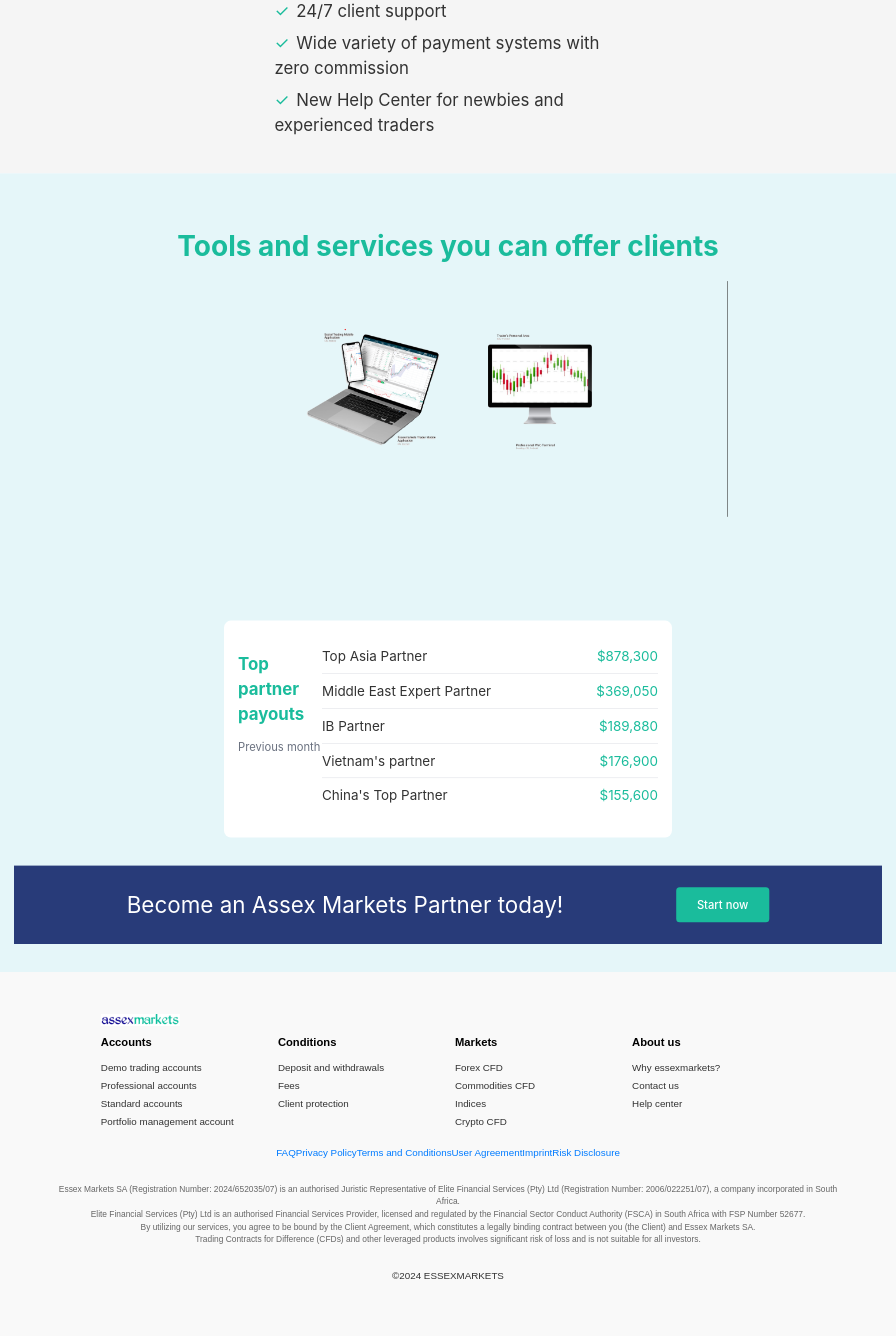
Repository: RevenewMarketing/Assex
Page: /partner
The author's editor kept a copy of each file at every save. The page is drawn from the files as they stood at one save, then again after the next save.
The browser window is 1280 px wide. The pictures show the part of the page from y = 3502 to 5422 px (the page is 5410 px tall before and 5422 px after), at 70% of full size.
The project was rebuilt for these pictures with package versions that can differ from the ones it lists, and the page was loaded fresh each time. Also part of the build but not shown: vite.config.ts, src/pages/home/sections/HeroSection.module.css, src/pages/home/sections/HeroSection.tsx, src/pages/home/sections/Section2.tsx, src/pages/home/sections/Section3.tsx, src/pages/home/sections/Section4.tsx, src/pages/home/sections/Section5.tsx, src/pages/home/sections/Section6.tsx and 10 more.

Above is the page before, as saved 2024-11-28 01:24:07.

### index.html
<!doctype html>
<html lang="en">
  <head>
    <meta charset="UTF-8" />
    <link rel="icon" type="image/svg+xml" href="/vite.svg" />
    <meta name="viewport" content="width=device-width, initial-scale=1.0" />
    <title>Assex</title>
  </head>
  <body>
    <div id="root"></div>
    <script type="module" src="/src/main.tsx"></script>
  </body>
</html>

### src/index.css
:root {
  font-family: Inter, system-ui, Avenir, Helvetica, Arial, sans-serif;
  line-height: 1.5;
  font-weight: 400;
  color-scheme: light dark;
  color: rgba(255, 255, 255, 0.87);
  background-color: #ffffff;
  font-synthesis: none;
  max-width: 1920px;
  margin: auto;
  text-rendering: optimizeLegibility;
  -webkit-font-smoothing: antialiased;
  -moz-osx-font-smoothing: grayscale;
}

a {
  font-weight: 500;
  color: #646cff;
  text-decoration: inherit;
}

a:hover {
  color: #535bf2;
}

body {
  margin: 0;
  display: flex;
  place-items: center;
  min-width: 320px;
  min-height: 100vh;
  background-color: #FFF;
  /* align-content: center; */
  flex-direction: column;
  justify-content: flex-start;
}

h1 {
  font-size: 3.2em;
  line-height: 1.1;
}

button {
  border-radius: 8px;
  border: 1px solid transparent;
  padding: 0.6em 1.2em;
  font-size: 1em;
  font-weight: 500;
  font-family: inherit;
  background-color: #1a1a1a;
  cursor: pointer;
  transition: border-color 0.25s;
}

button:hover {
  border-color: #646cff;
}

button:focus,
button:focus-visible {
  outline: 4px auto -webkit-focus-ring-color;
}

@media (prefers-color-scheme: light) {
  :root {
    color: #213547;
    background-color: #ffffff;
  }

  a:hover {
    color: #747bff;
  }

  button {
    background-color: #f9f9f9;
  }
}

### src/App.tsx

import './App.css'
// import Navigation from './pages/home/Navigation'
import NavigationMenu from './components/navigation-menu/NavigationMenu'

import { BrowserRouter, Route, Routes } from 'react-router';
import Home from './pages/home/Home';
import Footer from './components/footer-section/Footer';
import About from './pages/about/About';
import Partner from './pages/partner/Partner';

function App() {

  return (
    <>
    <BrowserRouter>
    <NavigationMenu />
    <Routes>
      <Route path="/" element={<Home />} />
      <Route path="/about" element={<About />} />
      <Route path="/partner" element={<Partner />} />
      {/* Define other routes */}
    </Routes>
    <Footer />
  </BrowserRouter>


    </>
  )
}

export default App

### src/App.css
#root {
  max-width: 1920px;
  width: 100%;
  margin: 0 auto;
  padding: 0;
  text-align: center;
}

.logo {
  height: 6em;
  padding: 1.5em;
  will-change: filter;
  transition: filter 300ms;
}
.logo:hover {
  filter: drop-shadow(0 0 2em #646cffaa);
}
.logo.react:hover {
  filter: drop-shadow(0 0 2em #61dafbaa);
}

@keyframes logo-spin {
  from {
    transform: rotate(0deg);
  }
  to {
    transform: rotate(360deg);
  }
}

@media (prefers-reduced-motion: no-preference) {
  a:nth-of-type(2) .logo {
    animation: logo-spin infinite 20s linear;
  }
}

.card {
  padding: 2em;
}

.read-the-docs {
  color: #888;
}

/* Auth Buttons */
.authButtons {
  /* margin-left: auto; */
  display: flex;
  gap: 10px;
}

### src/pages/partner/Partner.tsx
import Section1 from "./sections/Section1"
import Section2 from "./sections/Section2"
import Section3 from "./sections/Section3"
import Section4 from "./sections/Section4"


const Partner = () => {
  return (
    <div>
      <Section1 />
      <Section2 />
      <Section3 />
      <Section4 />
    </div>
  )
}

export default Partner

### src/components/navigation-menu/NavigationMenu.module.css
.navigationContainer {
  position: relative;
  font-family: Arial, sans-serif;
}

/* Navigation Bar */
.navigationBar {
  position: fixed;
  top: 0;
  left: 0;
  width: 100%;
  display: flex;
  background-color: #ffffff;
  padding: 10px 20px;
  box-sizing: border-box;
  z-index: 1001;
  justify-content: center;
}

/* Menu Item Container */
.menuItemContainer {
  margin-right: 20px;
}

/* Menu Items */
.menuItem {
  background: none;
  border: none;
  color: rgb(34, 34, 34);
  font-size: 16px;
  cursor: pointer;
  transition: opacity 0.3s;
}

.menuItem:hover {
  opacity: 0.7;
}

.active {
  opacity: 0.5;
}



.languageSelector {
  margin-left: 20px;
  display: flex;
  align-items: center;
  font-size: 14px;
  color: #000000d8;
  cursor: pointer;
}

.globeIcon {
  margin-right: 5px;

}

/* Submenu */
.submenu {
  position: fixed;
  top: 50px;
  left: 0;
  width: 100%;
  height: 300px;
  background-color: #ffffff;
  box-shadow: 0 4px 8px rgba(0, 0, 0, 0.2);
  padding: 20px;
  box-sizing: border-box;
  z-index: 1000;
  opacity: 0;
  transform: translateY(-100%);
}

.submenuContent {
  display: flex
  ;
      justify-content: flex-start;
      gap: 10dvw;
      padding: 0 5dvw;
}

.submenuSection h4 {
  color: #0000003d;
}

.submenuSection {
  text-align: left;
}

.submenuSection a {
  color: #000000;
  text-decoration: none;
  cursor: pointer;
  transition: color 0.3s;
}

.submenuSection a:hover {
  color: #00b074;
  transition: color 0.3s;
}

/* Fade In Animation */
.fadeIn {
  animation: slide-in-top 0.3s cubic-bezier(0.25, 0.46, 0.45, 0.94) forwards;
}

@keyframes slide-in-top {
  0% {
    transform: translateY(-100%);
    opacity: 0;
  }
  100% {
    transform: translateY(0);
    opacity: 1;
  }
}

/* Fade Out Animation */
.fadeOut {
  animation: slide-out-top 0.3s cubic-bezier(0.25, 0.46, 0.45, 0.94) forwards;
}

@keyframes slide-out-top {
  0% {
    transform: translateY(0);
    opacity: 1;
  }
  100% {
    transform: translateY(-100%);
    opacity: 0;
  }
}

/* Overlay */
.overlay {
  position: fixed;
  top: 50px;
  left: 0;
  width: 100%;
  height: calc(100% - 50px);
  background: rgba(0, 0, 0, 0.5);
  z-index: 999;
  opacity: 0;
  visibility: hidden;
  transition: opacity 0.3s ease, visibility 0.3s ease;
}

.fadeInOverlay {
  opacity: 1;
  visibility: visible;
  backdrop-filter: blur(5px);
}

.fadeOutOverlay {
  opacity: 0;
  visibility: hidden;
}

/* Page Content */
.pageContent {
  /* padding: 80px 20px 20px 20px; */
  transition: opacity 0.3s;
}

.dimmed {
  opacity: 0.3;
}

### src/components/ReusableButton.tsx

import styles from './GlobalComponentStyles.module.css';

type Props = {
  link?: string;
  text: string;
  type: 'register' | 'sign-in' | 'logout' | 'profile' | 'settings' | 'help' | 'free-trial' | 'learn-more' | 'dark' | 'light';
};

export default function ReusableButton({ link, text, type }: Props) {
  return (
      <button
      style={{
        backgroundColor: type === 'register' ? '#19BC9C' :
        type === 'sign-in' ? '#F4F6F7' :
        type === 'logout' ? '#FF6347' :
        type === 'profile' ? '#FFA07A' :
        type === 'settings' ? '#FF7F50' :
        type === 'help' ? '#FFA500' :
        type === 'free-trial' ? '#FFD700' :
        type === 'learn-more' ? '#FF4500' :
        type === 'dark' ? '#4C4B4D' :
        type === 'light' ? '#fff' : '#000',
        color: type === 'dark' ? '#fff' : '#000'
      }}
        className={styles.registerButton}
        onClick={() => window.open(link, '_blank')}
      >{text}
      </button>

  );
}

### src/components/footer-section/FooterStyles.module.css
.footerContainer {
  background-color: #f9f9f9;
  color: #333;
  padding: 60px 20px;
  font-family: Arial, sans-serif;
  font-size: 14px;
  line-height: 1.8;
}

.footerContainer h4 {
  font-size: 16px;
  font-weight: bold;
  margin-bottom: 10px;
  color: #000;
  text-align: left;
  margin-top: 0;
}

.footerContainer ul {
  list-style-type: none;
  padding: 0;
  margin: 0;
  text-align: left;
}

.footerContainer ul li {
  margin-bottom: 0px;
  cursor: pointer;
}

.footerContainer ul li:hover {
  color: #00b894;
}

.footerContainer .columnsContainer {
  display: flex;
  justify-content: space-between;
  gap: 20px;
  flex-wrap: wrap;
  margin-bottom: 40px;
  width: 80%;
  margin: auto;
}

.footerContainer .columnsContainer>div {
  flex: 1;
  min-width: 180px;
  /* Ensures alignment and proper spacing */
}



.footerContainer .linksContainer {
  text-align: center;
  margin: 20px 0 30px;
}

.footerContainer .linksContainer a {
  color: #007bff;
  text-decoration: none;
  margin: 0px;
  font-size: 14px;
}

.footerContainer .linksContainer a:hover {
  text-decoration: underline;
}

.footerContainer .details {
  font-size: 12px;
  color: #666;
  line-height: 1.5;
  margin: 20px auto;
  text-align: center;
  width: 90%;
}

.footerContainer .details p {
  margin-bottom: 15px;
}

.footerContainer .logoContainer {
  text-align: left;
  margin: auto;
  width: 80%;
}

.footerContainer .logoContainer img {
  max-width: 150px;
}

.footerContainer .copyright {
  text-align: center;
  font-size: 14px;
  margin-top: 30px;
}

.details p {
  margin: 0 !important;
}

### src/pages/partner/sections/Section1.tsx
import styles from './Section1.module.css';
import backgroundImage from '../../../assets/pages/Partner/1-hero-banner-partner.jpg';

const section1Content = {
  title: "ASSEX MARKETS PARTNERSHIP PROGRAMS",
  description: "Earn a stable income by introducing clients to a global market leader",
  backgroundImage: backgroundImage, // Replace with your background image path
  buttonLink: "https://my.assexmarkets.com/auth/register",
};

const Section1: React.FC = () => {
  return (
    <section
      style={{
        backgroundImage: `url(${section1Content.backgroundImage})`,
      }}
      className={styles.section1}
    >
      <div className={styles.overlay}></div>
      <div className={styles.content}>
        <h1 className={styles.title}>{section1Content.title}</h1>
        <p className={styles.description}>{section1Content.description}</p>
        <button onClick={
          () => {
            window.open(section1Content.buttonLink, "_blank");
        }} className={styles.startButton}>Start now</button>
      </div>
      <div className={styles.details}>
        <p>2000 Partners</p>
        <p>$12 Million Paid to the partners</p>
        <p>$110K Top partner payout per month</p>
      </div>
    </section>
  );
};

export default Section1;

### src/pages/partner/sections/Section2.tsx

import styles from './Section2.module.css';
import box1 from '../../../assets/pages/Partner/2-section1-icon1.png';
import box2 from '../../../assets/pages/Partner/2-section1-icon2.png';

const section2Content = {
  title: "What we offer",
  cards: [
    {
      icon: box1,
      title: "Introducing Broker Program",
      description: "You get up to 40% of our revenue Earn up to 40% of our revenue from every active trader you refer to us. If they’re trading, you’re earning.",
      buttonText: "Learn more"
    },
    {
      icon: box2,
      title: "Affiliate Program",
      description: "You get up to $1850 of our revenue We are leading the industry with scheduled and attractive payouts. We offer a range of commission plans, so you can choose the best fit for you.",
      buttonText: "Learn more"
    }
  ]
};

const Section2: React.FC = () => {
  return (
    <section className={styles.section2}>

      <h2 className={styles.title}>{section2Content.title}</h2>
      <div className={styles.cardsContainer}>
        {section2Content.cards.map((card, index) => (

          <div key={index} className={styles.card}>
            <img src={card.icon} alt="icon" className={styles.cardIcon} />
            <h3 className={styles.cardTitle}>{card.title}</h3>
            <p className={styles.cardDescription}>{card.description}</p>
            <button className={styles.learnMoreButton}>{card.buttonText}</button>
          </div>
        ))}
      </div>
    </section>
  );
};

export default Section2;

### src/pages/partner/sections/Section3.tsx

import styles from './Section3.module.css';
import globeImage from '../../../assets/pages/Partner/3-section2-card1.png';
import cardsImage1 from '../../../assets/pages/Partner/3-section2-card2.png';
import statsImage from '../../../assets/pages/Partner/3-section2-card3.png';
import phoneImage from '../../../assets/pages/Partner/3-section2-card4.png';
import cardsImage2 from '../../../assets/pages/Partner/3-section2-card5.png';
import cardImage3 from '../../../assets/pages/Partner/3-section2-card6.png';


const section3Content = {
  title: "Why become an Assex Markets partner?",
  images: [
    globeImage,
    cardsImage1,
    statsImage,
    phoneImage,
    cardsImage2,
    cardImage3
  ],
  reasons: [
    "Trusted market leader – Assex Markets brokers are licensed",
    "Highest forex leverage in the market",
    "Instant deposits and withdrawals",
    "24/7 client support",
    "Wide variety of payment systems with zero commission",
    "New Help Center for newbies and experienced traders"
  ]
};

const Section3: React.FC = () => {
  return (
    <section className={styles.section3}>
      <h2 className={styles.title}>{section3Content.title}</h2>
      <div className={styles.featuresContainer}>
        {section3Content.images.map((image, index) => (
          <img key={index} src={image} alt="featured Images"/>
        ))}
      </div>
      <h2 className={styles.reasonsTitle}>Why clients will love us...</h2>
      <ul className={styles.reasonsList}>
        {section3Content.reasons.map((reason, index) => (
          <li key={index} className={styles.reason}>{reason}</li>
        ))}
      </ul>
    </section>
  );
};

export default Section3;

### src/pages/partner/sections/Section4.tsx
import React from 'react';
import styles from './Section4.module.css';
import devicesImage from '../../../assets/pages/Partner/4-section5-devices-image.png';

const section4Content = {
  title: "Tools and services you can offer clients",
  images: [
    {
      src: devicesImage,
      alt: "Devices"
    }
  ],
  payouts: [
    {
      partner: "Top Asia Partner",
      amount: "$878,300"
    },
    {
      partner: "Middle East Expert Partner",
      amount: "$369,050"
    },
    {
      partner: "IB Partner",
      amount: "$189,880"
    },
    {
      partner: "Vietnam's partner",
      amount: "$176,900"
    },
    {
      partner: "China's Top Partner",
      amount: "$155,600"
    }
  ],
  cta: "Become an Assex Markets Partner today!"
};

const Section4: React.FC = () => {
  return (
    <section className={styles.section4}>
      <h2 className={styles.title}>{section4Content.title}</h2>
      <div className={styles.imagesContainer}>
        {section4Content.images.map((image, index) => (
          <div key={index} className={styles.imageWrapper}>
            <img src={image.src} alt={image.alt} className={styles.image} />
          </div>
        ))}
      </div>
      <div className={styles.payoutsContainer}>
        <div className={styles.payoutsContainer_context}>
          <h3 className={styles.payoutsTitle}>Top partner payouts</h3>
          <p className={styles.payoutsSubtitle}>Previous month</p>
        </div>
        <ul className={styles.payoutsList}>
          {section4Content.payouts.map((payout, index) => (
            <li key={index} className={styles.payoutItem}>
              <span className={styles.payoutPartner}>{payout.partner}</span>
              <span className={styles.payoutAmount}>{payout.amount}</span>
            </li>
          ))}
        </ul>
      </div>
      <div className={styles.sectionFooter} >
        <p>Become an Assex Markets Partner today!</p>
        <button className={styles.ctaButton}>Start now</button>
      </div>
    </section>
  );
};

export default Section4;

### src/components/GlobalComponentStyles.module.css


.registerButton {
  background-color: #00b074;
  color: white;
  border: none;
  padding: 8px 16px;
  font-size: 14px;
  border-radius: 4px;
  cursor: pointer;
}

.signInButton {
  background-color: #f4f4f4;
  color: #333;
  border: 1px solid #ccc;
  padding: 8px 16px;
  font-size: 14px;
  border-radius: 4px;
  cursor: pointer;
}

### src/pages/partner/sections/Section1.module.css
.section1 {
  position: relative;
  background-size: cover;
  background-position: center;
  height: 760px;
  display: flex;
  align-items: center;
  justify-content: space-between;
  color: white;
  padding: 0 40px;
}

.overlay {
  position: absolute;
  top: 0;
  right: 0;
  width: 100%; /* Adjusts the gradient coverage */
  height: 100%;

  z-index: 1;
}

.content {
  position: relative;
  z-index: 2;
  max-width: 50%;
  text-align: left;
}

.content p {
  font-size: 1rem;
  line-height: 1.5;
}

.title {
  font-size: 4.5rem;
  font-weight: bold;
  margin-bottom: 20px;
  text-transform: uppercase;
}

.description {
  font-size: 2rem;
  line-height: 1.2;
  margin-bottom: 20px;
}

.startButton {
  padding: 10px 20px;
  background-color: #1ABC9C;
  color: white;
  border: none;
  border-radius: 5px;
  cursor: pointer;
  font-size: 1rem;
}

.details {
  position: relative;
  z-index: 2;
  max-width: 50%;
  text-align: left;
  margin-left: auto;
  width: 375px;
}

.details p {
  font-size: 2rem;
  line-height: 1.5;
}

### src/pages/partner/sections/Section2.module.css
.section2 {
  background-image: url("../../../assets/pages/Homepage/3-Section-3-BG.png");
  background-size: cover;
  background-position: center;
  color: white;
  padding: 40px 20px;
  text-align: center;
  min-height: 50dvh;
}

.title {
  font-size: 5rem;
  margin-bottom: 40px;
}

.cardsContainer {
  display: flex;
  justify-content: space-evenly;

}

.card {
  background-color: white;
  color: #000000;
  border-radius: 10px;
  padding: 3rem;
  flex: 1;
  max-width: 25%;
  text-align: left;
  display: flex;
  flex-direction: column;
  align-items: center;
  justify-content: space-between;
}

.cardIcon {
  width: 40px;
  margin: 0px;
  color: #1ABC9C;
  /* Blue color for the icon */
}

.cardTitle {
  font-size: 2rem;
  margin-bottom: 10px;
  color: #1ABC9C;
  font-weight: 400;
}

.cardDescription {
  font-size: 1.5rem;
  font-weight: 300;
  margin-bottom: 20px;
}

.learnMoreButton {
  padding: 10px 20px;
  background-color: #1ABC9C;
  /* Blue background for the button */
  color: white;
  border: none;
  border-radius: 5px;
  cursor: pointer;
  font-size: 1rem;
}

.learnMoreButton:hover {
  background-color: #1ABC9C;
  /* Darker blue on hover */
}

### src/pages/partner/sections/Section3.module.css
.section3 {
  background-color: #f5f5f5;
  /* Light background */
  color: #333;
  padding: 40px 20px;
  text-align: center;
}

.title {
  font-size: 5rem;
  margin-bottom: 40px;
  color: #1ABC9C;
  /* Blue color for the title */
}

.featuresContainer {
  display: flex;
  justify-content: center;
  gap: 20px;
  flex-wrap: wrap;
  margin-bottom: 40px;
  flex-direction: row;
  max-width: 65%;
  margin: auto;
  position: relative;
}

.featuresContainer img {
  transition: transform 0.3s ease;
}

.featuresContainer img:hover {
  transform: scale(1.05);
  transition: transform 0.3s ease;
  border: 1px solid #1ABC9C;
  border-radius: 10px;
}

.feature {
  background-color: white;
  border-radius: 10px;
  padding: 20px;
  flex: 1;
  max-width: 300px;
  text-align: center;
  box-shadow: 0 4px 8px rgba(0, 0, 0, 0.1);
}

.featureImage {
  max-width: 100%;
  height: auto;
  margin-bottom: 10px;
}

.featureTitle {
  font-size: 1.5rem;
  margin-bottom: 10px;
  color: #1ABC9C;
  /* Blue color for the title */
}

.featureDescription {
  list-style-type: none;
  padding: 0;
}

.featureDescription li {
  font-size: 1rem;
  margin-bottom: 5px;
}

.reasonsTitle {
  font-size: 2rem;
  margin-bottom: 20px;
  color: #1ABC9C;
  font-weight: 300;
}

.reasonsList {
  list-style-type: none;
  padding: 0;
  text-align: left;
  margin: auto;
  max-width: 40%;
}

.reason {
  font-size: 1.5rem;
  margin-bottom: 10px;
}

.reason::before {
  content: "✓";
  color: #1ABC9C;
  /* Blue color for the checkmark */
  margin-right: 10px;
}

### src/pages/partner/sections/Section4.module.css
.section4 {
  background-color: #e5f6f9; /* Light green background */
  color: #333;
  padding: 40px 20px;
  text-align: center;
  position: relative;
}

.title {
  font-size: 2.5rem;
  margin-bottom: 20px;
  color: #1ABC9C; /* Blue color for the title */
}

.imagesContainer {
  display: flex;
  justify-content: center;
  margin-bottom: 40px;
}

.imageWrapper {
  position: relative;
  width: 100%;
  max-width: 800px;
}

.image {
  width: 100%;
  height: auto;
}

.payoutsContainer {
  background-color: white;
  padding: 20px;
  border-radius: 10px;
  max-width: 600px;
  margin: 0 auto 40px;
  text-align: left;
  display: flex;
}

.payoutsContainer_context{
  width: 20%;
}

.payoutsContainer  ul {
  width: 80%;
}

.payoutsTitle {
  font-size: 1.5rem;
  margin-bottom: 10px;
  color: #1ABC9C; /* Blue color for the title */
}

.payoutsSubtitle {
  font-size: 1rem;
  margin-bottom: 20px;
  color: #6b7280; /* Gray color for the subtitle */
}

.payoutsList {
  list-style-type: none;
  padding: 0;
}

.payoutItem {
  display: flex;
  justify-content: space-between;
  margin-bottom: 10px;
  border-bottom: 1px solid #e5e7eb;
  padding-bottom: 10px;
}

.payoutItem:last-child {
  border-bottom: none;
  padding-bottom: 0;
}

.payoutPartner {
  font-size: 1.2rem;
  color: #333;
}

.payoutAmount {
  font-size: 1.2rem;
  color: #1ABC9C; /* Blue color for the amount */
}

.sectionFooter {
  width: 100%;
  background-color: #283B79;
  /* padding: 20px; */
  color: white;
  display: flex
;
  flex-direction: row;
  flex-wrap: wrap;
  justify-content: space-evenly;
  align-items: center;
}

.sectionFooter p {
  font-size: 2rem;
}

.ctaButton {
  padding: 15px 30px;
  background-color: #1ABC9C; /* Blue background for the button */
  color: white;
  border: none;
  border-radius: 5px;
  cursor: pointer;
  font-size: 1rem;
  position: relative;
  z-index: 1;
}

.ctaButton:hover {
  background-color: #1ABC9C; /* Darker blue on hover */
}

Loaded but not shown: src/main.tsx (common file); src/components/navigation-menu/NavigationMenu.tsx (254 lines, source omitted); src/components/footer-section/Footer.tsx (87 lines, source omitted)

After the next save:
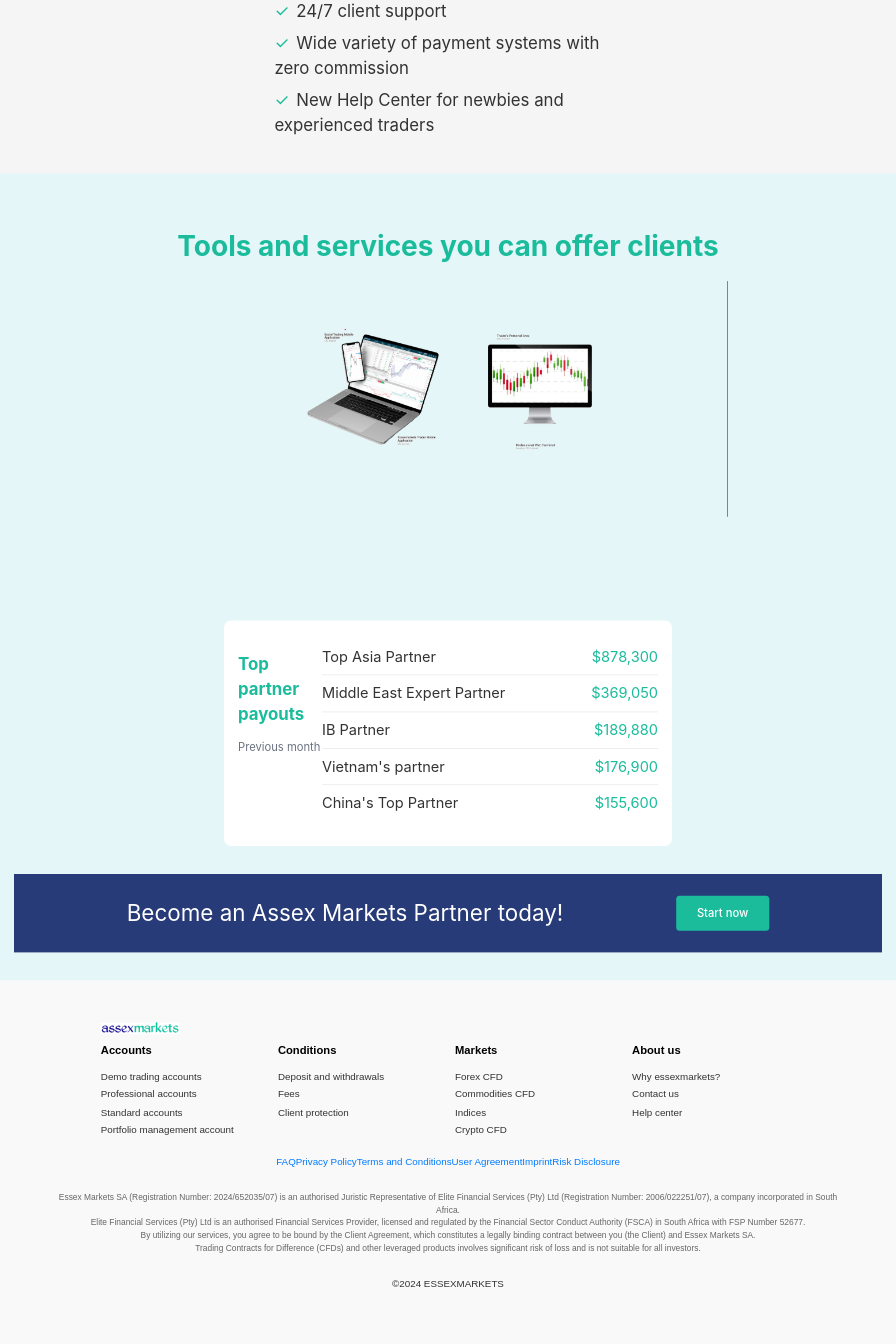
Saved 18 s later.
--- a/src/pages/partner/sections/Section4.module.css
+++ b/src/pages/partner/sections/Section4.module.css
@@ -78,12 +78,12 @@
 }
 
 .payoutPartner {
-  font-size: 1.2rem;
+  font-size: 1.3rem;
   color: #333;
 }
 
 .payoutAmount {
-  font-size: 1.2rem;
+  font-size: 1.3rem;
   color: #1ABC9C; /* Blue color for the amount */
 }
 
